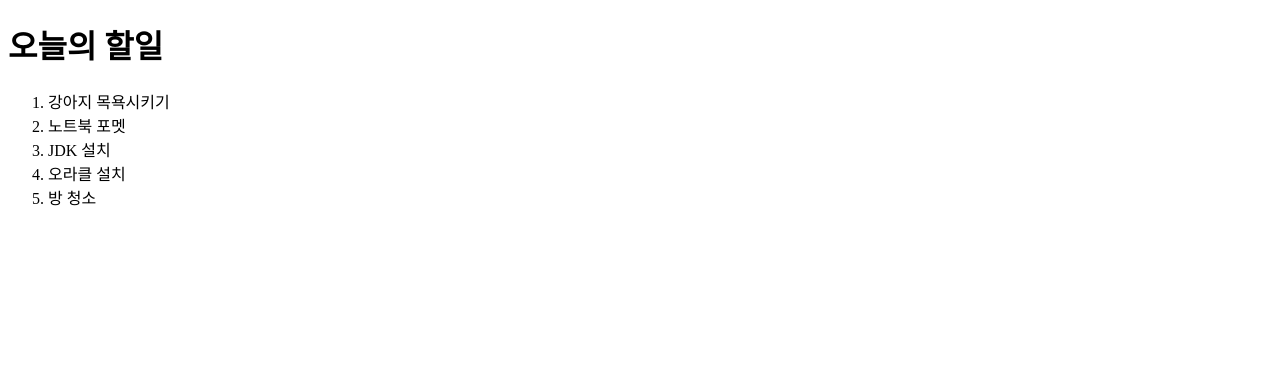
Repository: sungken/htmlProject
Page: ClientTest/src/main/webapp/html/ex11_list.html
The author's editor kept a copy of each file at every save. The page is drawn from the files as they stood at one save, then again after the next save.
The browser window is 1280 px wide. The pictures show the whole page.

Above is the page before, as saved 2024-03-13 01:30:02.

After the next save:
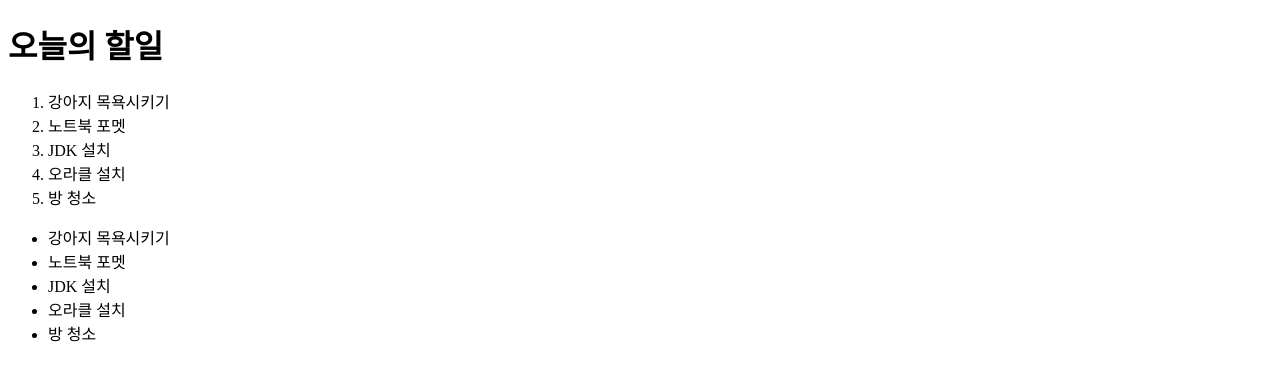
Saved 14 s later.
--- a/ClientTest/src/main/webapp/html/ex11_list.html
+++ b/ClientTest/src/main/webapp/html/ex11_list.html
@@ -26,6 +26,14 @@
 	<li>방 청소</li>
 </ol>
 
+<ul>
+	<li>강아지 목욕시키기</li>
+	<li>노트북 포멧</li>
+	<li>JDK 설치</li>
+	<li>오라클 설치</li>
+	<li>방 청소</li>
+</ul>
+
 
 
 
